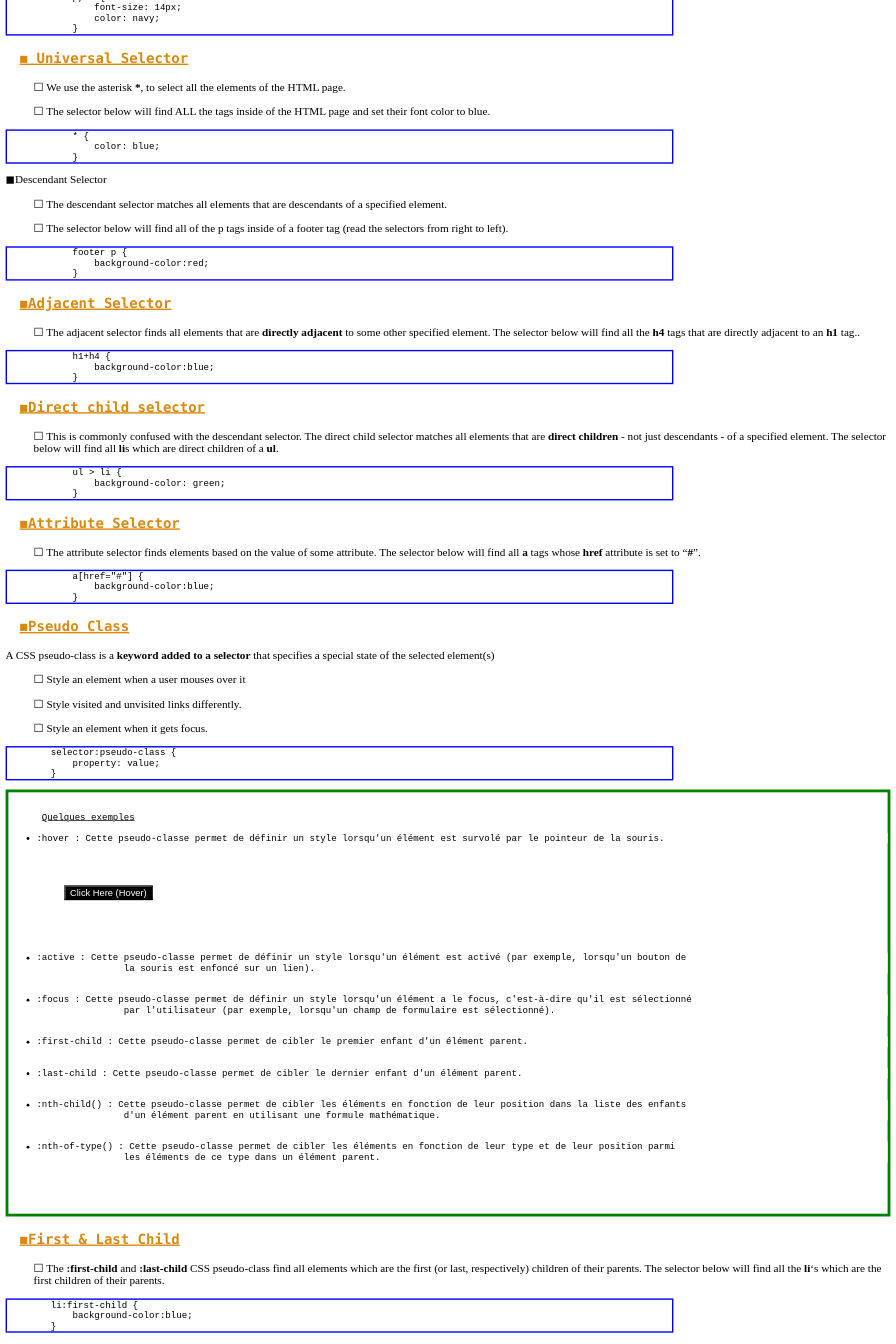
Repository: AnnaSpirit/Tests__
Page: CSS/Useful_Selectors.html
An editor plug-in stored every save of this project. The page is shown before and after the next save, followed by the edit.
The browser window is 1280 px wide. The pictures show the part of the page from y = 487 to 2407 px (the page is 2622 px tall before and 2638 px after), at 70% of full size.

Above is the page before, as saved 2024-04-03 18:36:50.

After the next save:
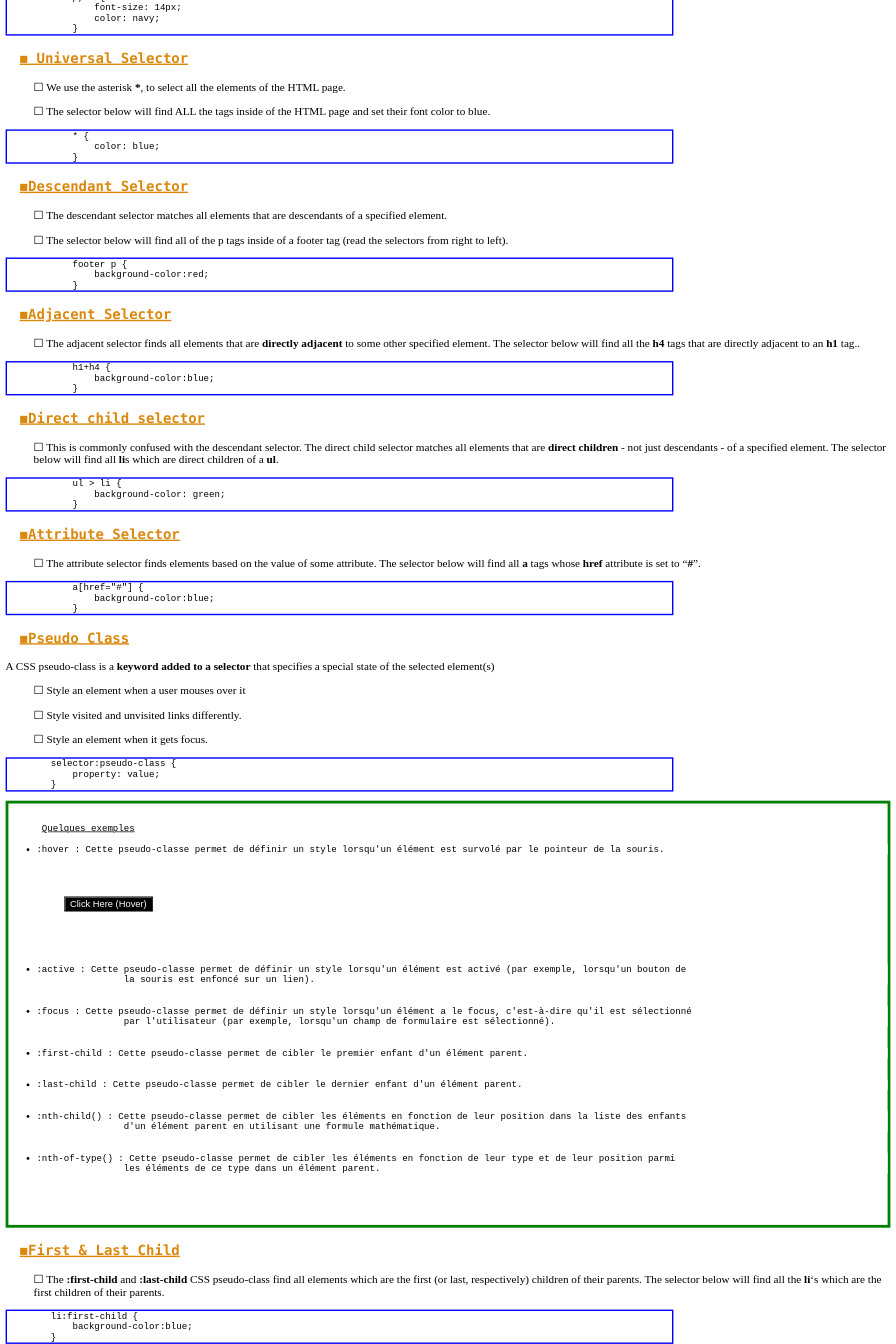
Saved 31 s later.
--- a/CSS/Useful_Selectors.html
+++ b/CSS/Useful_Selectors.html
@@ -46,7 +46,7 @@
                 color: blue;
             }</pre>
     </span>
-    <h>&#9724;Descendant Selector</h3>
+    <h3>&#9724;Descendant Selector</h3>
     <p style="padding-left: 40px;">&#9744; The descendant selector matches all elements that are descendants of a specified element.</p>
     <p style="padding-left: 40px;">&#9744; The selector below will find all of the p tags inside of a footer tag (read the selectors from right to left).</p>
     <span>
